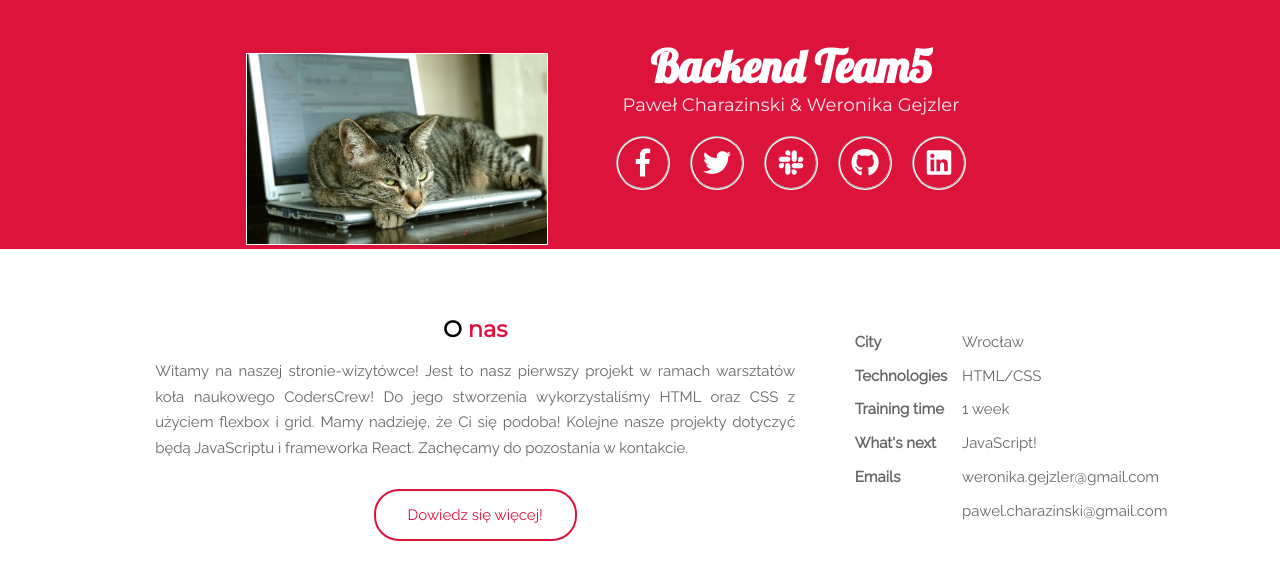
Repository: pietruszka/cc_proj1
Page: index.html
The author's editor kept a copy of each file at every save. The page is drawn from the files as they stood at one save, then again after the next save.
The browser window is 1280 px wide. The pictures show the whole page.
Some web libraries are served in a nearby version.

Above is the page before, as saved 2018-11-18 20:58:18.

After the next save:
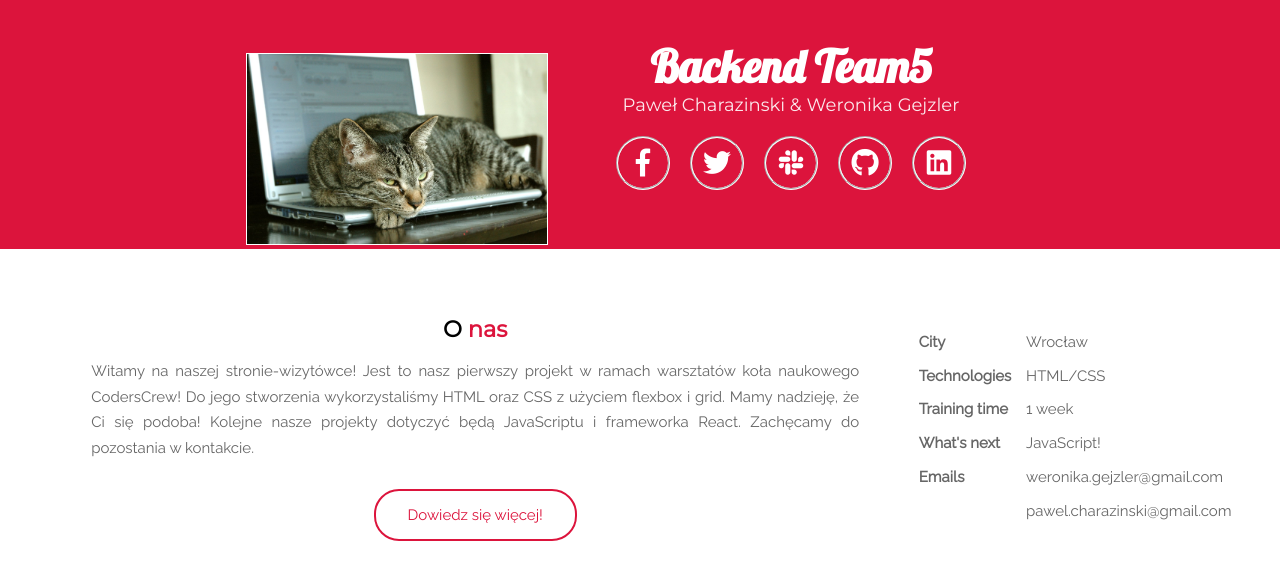
Saved 19 s later.
--- a/style.css
+++ b/style.css
@@ -115,7 +115,7 @@ height: auto;
 }
 #about{
    margin: 4vw;
-   width: 50vw;
+   width: 60vw;
    text-align: center;
 }
 #h_about{
